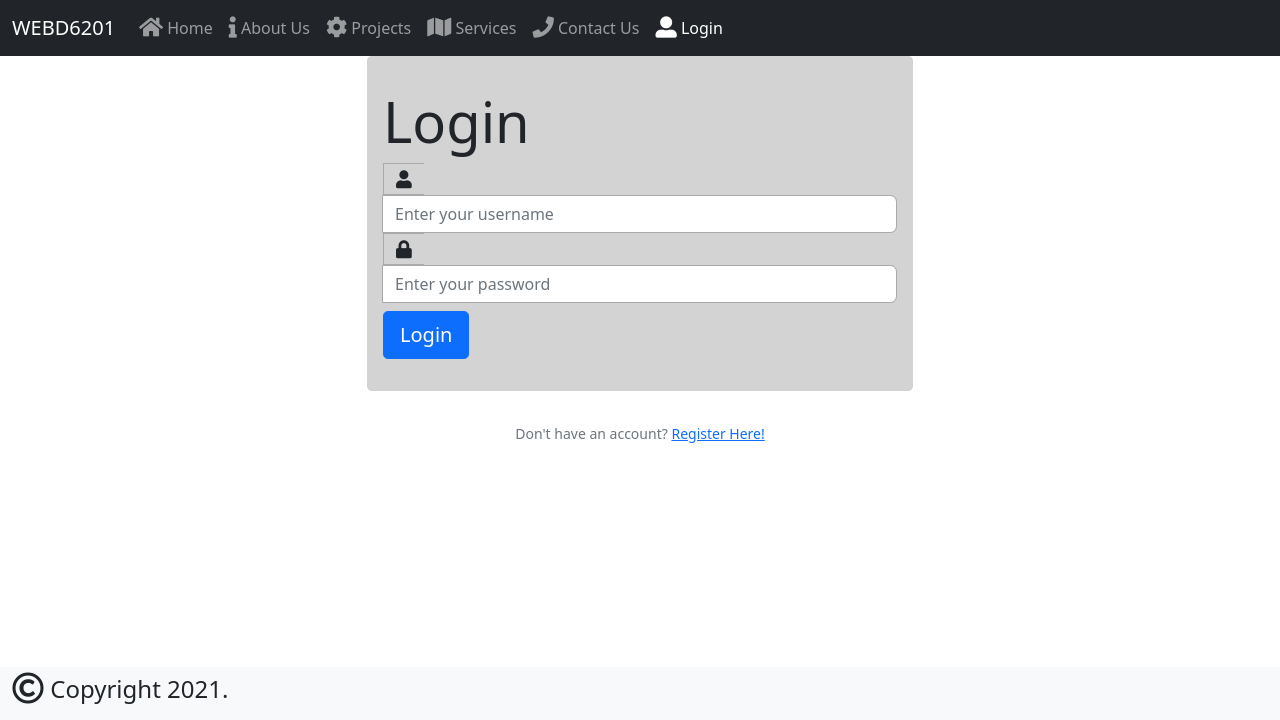
Repository: CKM206/WebD6201-W2021-ICE5
Page: login.html
These files come from the project's save history. The page is drawn as it stood at one moment and after the next save; the edit follows.
The browser window is 1280 px wide. The pictures show the whole page.

Above is the page before, as saved 2021-03-07 01:21:32.

After the next save:
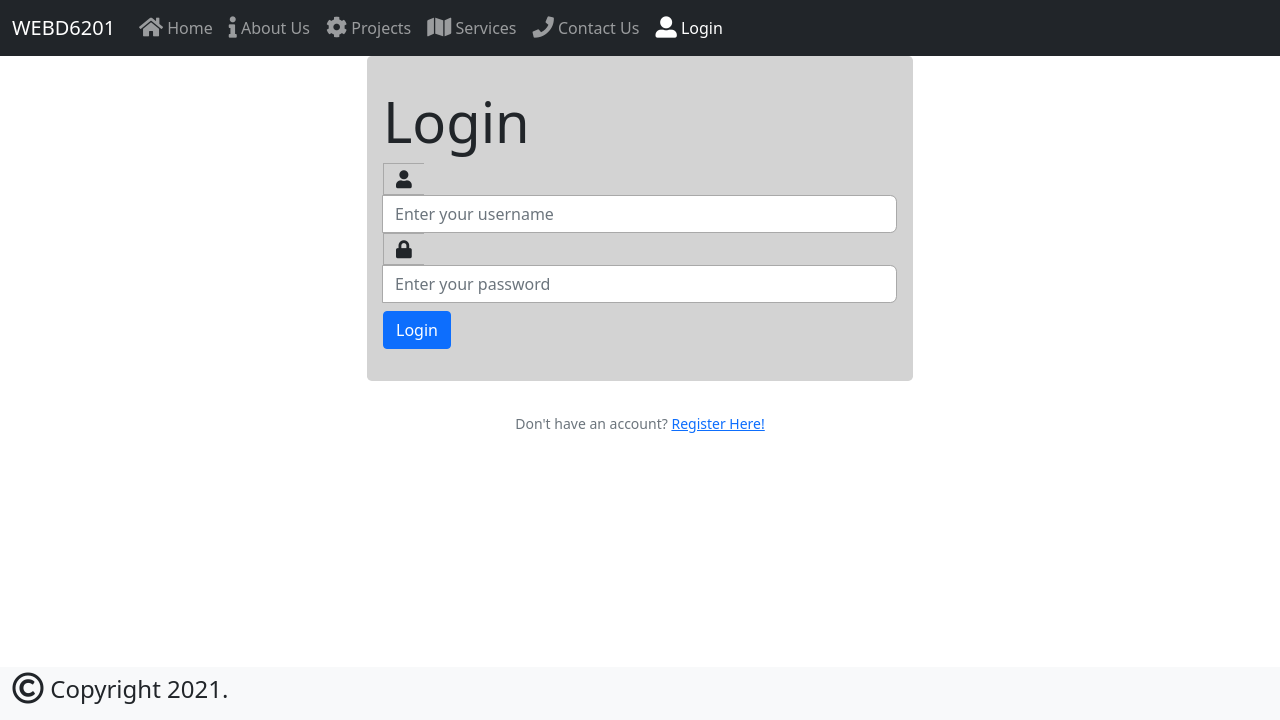
Saved 27 s later.
--- a/login.html
+++ b/login.html
@@ -81,7 +81,7 @@
 
                       </div>
                       <div class="text-right">
-                        <button id="submitButton" type="submit" class="btn btn-primary btn-lg">Login</button>
+                        <button id="submitButton" type="submit" class="btn btn-primary">Login</button>
                       </div>
                     </form>
 
